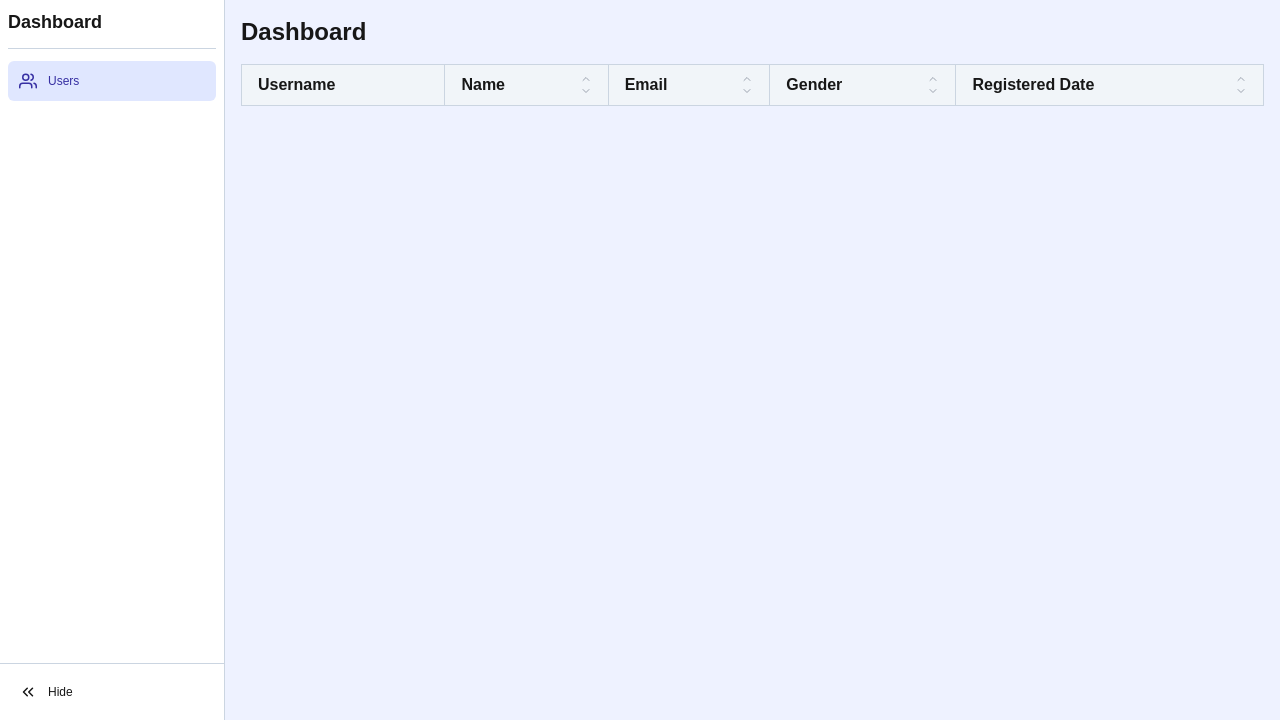
Repository: Ademaulana100499/userdashboard
Page: /
These files come from the project's save history. The page is drawn as it stood at one moment and after the next save; the edit follows.
The browser window is 1280 px wide. The pictures show the whole page.
The page's requests for data from a server got no answer. The project was rebuilt for these pictures with package versions that can differ from the ones it lists, and the page was loaded fresh each time. The framework's server and built-in components were replaced by stand-ins that run in the browser. No one was signed in, and anything a server would have sent is missing. Also part of the build but not shown: next.config.mjs.

Above is the page before, as saved 2025-02-14 20:01:38.

### src/pages/index.js
import React from "react";
import Sidebar from "@/components/Sidebar";
import DashboardContent from "@/components/DashboardContent";
const Dashboard = () => {
  return (
    <div className="flex bg-indigo-50">
      <Sidebar />
      <DashboardContent />
    </div>
  );
};

export default Dashboard;

### src/components/Sidebar.jsx
import React, { useState } from "react";
import { FiChevronsRight, FiUsers } from "react-icons/fi";
import { motion } from "framer-motion";
const Sidebar = () => {
  const [open, setOpen] = useState(true);
  const [selected, setSelected] = useState("Users");

  return (
    <motion.nav
      layout
      className="sticky top-0 h-screen shrink-0 border-r border-slate-300 bg-white p-2"
      style={{
        width: open ? "225px" : "fit-content",
      }}>
      <TitleSection open={open} />

      <div className="space-y-1">
        <Option
          Icon={FiUsers}
          title="Users"
          selected={selected}
          setSelected={setSelected}
          open={open}
        />
      </div>

      <ToggleClose open={open} setOpen={setOpen} />
    </motion.nav>
  );
};

const Option = ({ Icon, title, selected, setSelected, open, notifs }) => {
  return (
    <motion.button
      layout
      onClick={() => setSelected(title)}
      className={`relative flex h-10 w-full items-center rounded-md transition-colors ${
        selected === title
          ? "bg-indigo-100 text-indigo-800"
          : "text-slate-500 hover:bg-slate-100"
      }`}>
      <motion.div
        layout
        className="grid h-full w-10 place-content-center text-lg">
        <Icon />
      </motion.div>
      {open && (
        <motion.span
          layout
          initial={{ opacity: 0, y: 12 }}
          animate={{ opacity: 1, y: 0 }}
          transition={{ delay: 0.125 }}
          className="text-xs font-medium">
          {title}
        </motion.span>
      )}

      {notifs && open && (
        <motion.span
          initial={{ scale: 0, opacity: 0 }}
          animate={{
            opacity: 1,
            scale: 1,
          }}
          style={{ y: "-50%" }}
          transition={{ delay: 0.5 }}
          className="absolute right-2 top-1/2 size-4 rounded bg-indigo-500 text-xs text-white">
          {notifs}
        </motion.span>
      )}
    </motion.button>
  );
};

const TitleSection = ({ open }) => {
  return (
    <div className="mb-3 border-b border-slate-300 pb-3">
      <div className="flex cursor-pointer items-center justify-between rounded-md transition-colors hover:bg-slate-100">
        <div className="flex justify-center items-center">
          {open && (
            <motion.div
              layout
              initial={{ opacity: 0, y: 12 }}
              animate={{ opacity: 1, y: 0 }}
              transition={{ delay: 0.125 }}>
              <span className="block text-lg font-semibold">Dashboard</span>
            </motion.div>
          )}
        </div>
      </div>
    </div>
  );
};

const ToggleClose = ({ open, setOpen }) => {
  return (
    <motion.button
      layout
      onClick={() => setOpen((pv) => !pv)}
      className="absolute bottom-0 left-0 right-0 border-t border-slate-300 transition-colors hover:bg-slate-100">
      <div className="flex items-center p-2">
        <motion.div
          layout
          className="grid size-10 place-content-center text-lg">
          <FiChevronsRight
            className={`transition-transform ${open && "rotate-180"}`}
          />
        </motion.div>
        {open && (
          <motion.span
            layout
            initial={{ opacity: 0, y: 12 }}
            animate={{ opacity: 1, y: 0 }}
            transition={{ delay: 0.125 }}
            className="text-xs font-medium">
            Hide
          </motion.span>
        )}
      </div>
    </motion.button>
  );
};

export default Sidebar;

### src/components/DashboardContent.jsx
import { FiChevronUp, FiChevronDown } from "react-icons/fi";
import { useState, useEffect } from "react";

const DashboardContent = () => {
  const [data, setData] = useState([]);
  const [sortConfig, setSortConfig] = useState({ key: null, direction: null });
  const [currentPage, setCurrentPage] = useState(1);
  const itemsPerPage = 5;
  const fetchData = async () => {
    try {
      const response = await fetch(
        "https://randomuser.me/api/?page=1&pageSize=5&results=10&sortBy=email&sortOrder=ascend"
      );
      const data = await response.json();
      setData(data.results);
    } catch (error) {
      console.error("Error fetching data:", error);
    }
  };

  useEffect(() => {
    fetchData();
  }, []);

  const handleSort = (key) => {
    let direction = "asc";
    if (sortConfig.key === key && sortConfig.direction === "asc") {
      direction = "desc";
    }
    setSortConfig({ key, direction });

    setData(
      [...data].sort((a, b) => {
        const valueA = getNestedValue(a, key);
        const valueB = getNestedValue(b, key);

        if (valueA < valueB) return direction === "asc" ? -1 : 1;
        if (valueA > valueB) return direction === "asc" ? 1 : -1;
        return 0;
      })
    );
  };

  const getNestedValue = (obj, path) => {
    return path
      .split(".")
      .reduce((acc, key) => (acc && acc[key] ? acc[key] : ""), obj);
  };

  const getSortIconStyle = (key, direction) => {
    if (sortConfig.key !== key) return "text-gray-400";
    return direction === sortConfig.direction ? "text-black" : "text-gray-400";
  };
  const totalPages = Math.ceil(data.length / itemsPerPage);
  const currentData = data.slice(
    (currentPage - 1) * itemsPerPage,
    currentPage * itemsPerPage
  );

  return (
    <div className="flex-1 p-4">
      <h1 className="text-2xl font-semibold mb-4">Dashboard</h1>
      <table className="min-w-full table-auto border-collapse border border-slate-300">
        <thead>
          <tr className="bg-slate-100">
            <th className="border border-slate-300 px-4 py-2 text-left">
              Username
            </th>
            <th className="border border-slate-300 px-4 py-2 text-left">
              <div className="flex justify-between items-center">
                <span>Name</span>
                <div className="flex flex-col items-center">
                  <FiChevronUp
                    onClick={() => handleSort("name.first")}
                    className={`text-xs cursor-pointer ${getSortIconStyle(
                      "name.first",
                      "asc"
                    )}`}
                  />
                  <FiChevronDown
                    onClick={() => handleSort("name.first")}
                    className={`text-xs cursor-pointer ${getSortIconStyle(
                      "name.first",
                      "desc"
                    )}`}
                  />
                </div>
              </div>
            </th>
            <th className="border border-slate-300 px-4 py-2 text-left">
              <div className="flex justify-between items-center">
                <span>Email</span>
                <div className="flex flex-col items-center">
                  <FiChevronUp
                    onClick={() => handleSort("email")}
                    className={`text-xs cursor-pointer ${getSortIconStyle(
                      "email",
                      "asc"
                    )}`}
                  />
                  <FiChevronDown
                    onClick={() => handleSort("email")}
                    className={`text-xs cursor-pointer ${getSortIconStyle(
                      "email",
                      "desc"
                    )}`}
                  />
                </div>
              </div>
            </th>
            <th className="border border-slate-300 px-4 py-2 text-left">
              <div className="flex justify-between items-center">
                <span>Gender</span>
                <div className="flex flex-col items-center">
                  <FiChevronUp
                    onClick={() => handleSort("gender")}
                    className={`text-xs cursor-pointer ${getSortIconStyle(
                      "gender",
                      "asc"
                    )}`}
                  />
                  <FiChevronDown
                    onClick={() => handleSort("gender")}
                    className={`text-xs cursor-pointer ${getSortIconStyle(
                      "gender",
                      "desc"
                    )}`}
                  />
                </div>
              </div>
            </th>
            <th className="border border-slate-300 px-4 py-2 text-left">
              <div className="flex justify-between items-center">
                <span>Registered Date</span>
                <div className="flex flex-col items-center">
                  <FiChevronUp
                    onClick={() => handleSort("registered.date")}
                    className={`text-xs cursor-pointer ${getSortIconStyle(
                      "registered.date",
                      "asc"
                    )}`}
                  />
                  <FiChevronDown
                    onClick={() => handleSort("registered.date")}
                    className={`text-xs cursor-pointer ${getSortIconStyle(
                      "registered.date",
                      "desc"
                    )}`}
                  />
                </div>
              </div>
            </th>
          </tr>
        </thead>
        <tbody>
          {data.map((user, index) => (
            <tr key={index} className="hover:bg-slate-50">
              <td className="border border-slate-300 px-4 py-2">
                {user.login.username}
              </td>
              <td className="border border-slate-300 px-4 py-2">
                {user.name.title} {user.name.first} {user.name.last}
              </td>
              <td className="border border-slate-300 px-4 py-2">
                {user.email}
              </td>
              <td className="border border-slate-300 px-4 py-2">
                {user.gender}
              </td>
              <td className="border border-slate-300 px-4 py-2">
                {new Date(user.registered.date)
                  .toLocaleString("id-ID", {
                    day: "2-digit",
                    month: "2-digit",
                    year: "numeric",
                    hour: "2-digit",
                    minute: "2-digit",
                  })
                  .replace(",", "")
                  .replace("/", "-")
                  .replace("/", "-")
                  .replace(".", ":")}
              </td>
            </tr>
          ))}
        </tbody>
      </table>
    </div>
  );
};

export default DashboardContent;

Loaded but not shown: src/pages/_app.js (common file); src/pages/_document.js (common file); src/styles/globals.css (common file); tailwind.config.mjs (common file)

After the next save:
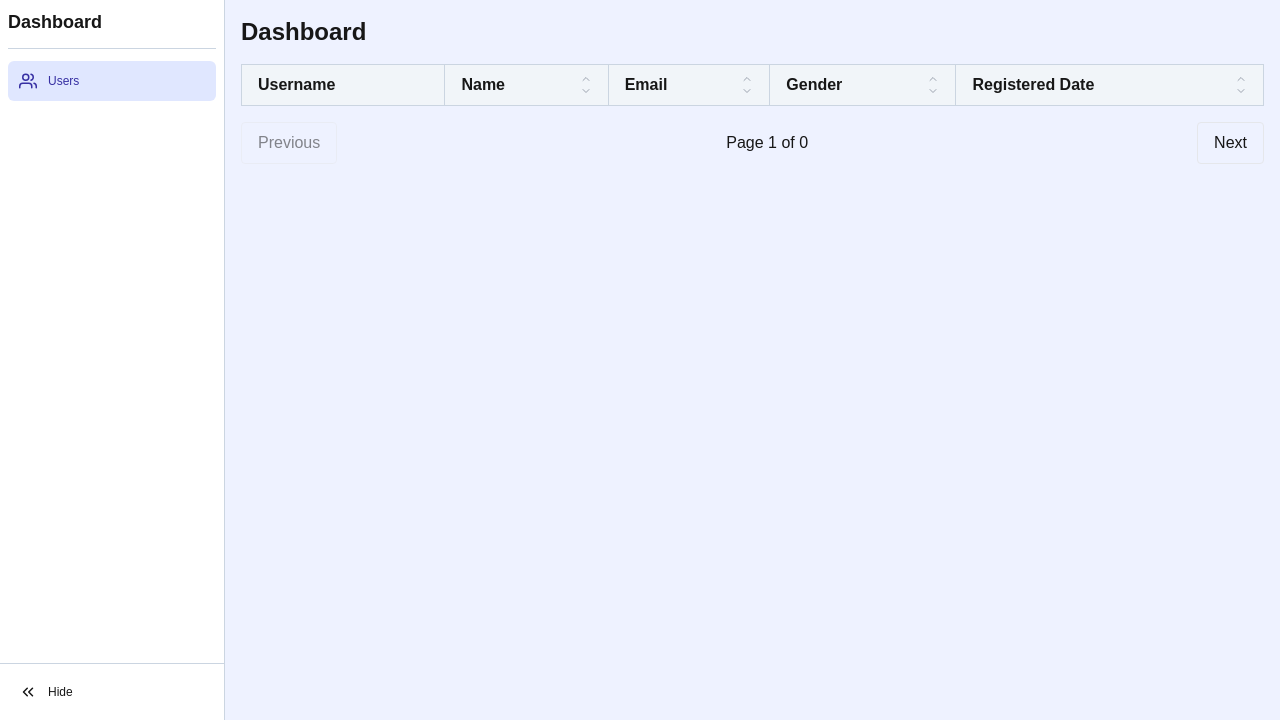
Saved 14 s later.
--- a/src/components/DashboardContent.jsx
+++ b/src/components/DashboardContent.jsx
@@ -185,6 +185,25 @@
           ))}
         </tbody>
       </table>
+      <div className="flex justify-between items-center mt-4">
+        <button
+          onClick={() => setCurrentPage((prev) => Math.max(prev - 1, 1))}
+          disabled={currentPage === 1}
+          className="px-4 py-2 border rounded disabled:opacity-50">
+          Previous
+        </button>
+        <span>
+          Page {currentPage} of {totalPages}
+        </span>
+        <button
+          onClick={() =>
+            setCurrentPage((prev) => Math.min(prev + 1, totalPages))
+          }
+          disabled={currentPage === totalPages}
+          className="px-4 py-2 border rounded disabled:opacity-50">
+          Next
+        </button>
+      </div>
     </div>
   );
 };
